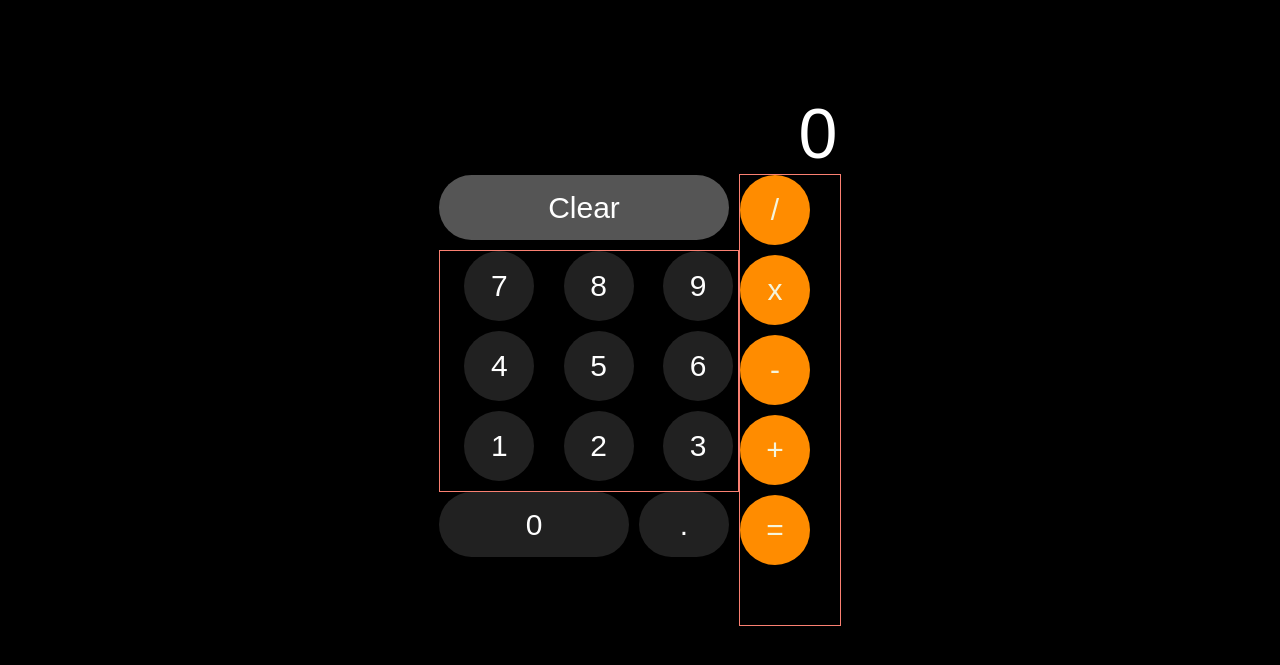
Repository: kocokoy/Calculator
Page: index.html
These files come from the project's save history. The page is drawn as it stood at one moment and after the next save; the edit follows.
The browser window is 1280 px wide. The pictures show the whole page.

Above is the page before, as saved 2024-10-23 09:28:53.

### index.html
<!DOCTYPE html>
<html lang="en">
<head>
  <meta charset="UTF-8">
  <meta name="viewport" content="width=device-width, initial-scale=1.0">
  <link rel="stylesheet" href="/style.css">
  <title>Document</title>
</head>
<body>
  <div class="container">
    <div class="output-number">
      <div class="number"></div>
    </div>
    <div class="calculator-container">
      <div class="number-and-clear-container">
        <div class="clear-button-container">
        </div>
        <div class="number-container">

        </div>
        <div class="zero-button-container">
        </div>
      </div>
      <div class="operator-container"></div>
    </div>
  </div>
  <script src="/script.js"></script>
</body>
</html>

### style.css
body{
  padding: 0;
  margin: 0;
  height: 100%;
  background-color: black;
  font-family: Arial, Helvetica, sans-serif;
}
button{
  border: none;
  border-radius: 100px;
  height: 65px;
  margin: 0;
  padding: 0;
  font-size: 30px;
  cursor: pointer;
}
.container{
  display: flex;
  align-items: center;
  justify-content: center;
  flex-direction: column;
  height: 100vh;
}
.calculator-container{
  display: flex;
  align-items: center;
  justify-content: center;
}
.number-and-clear-container{
  height: 450px;
  width: 300px;
  display: block;
}
.clear-button-container{
  display: grid;
  grid-template-columns: 1fr;
  margin-bottom: 10px;
}
.clear-button-container button{
  margin-right: 10px;
  background-color: rgb(85, 85, 85);
  color: rgb(255, 255, 255);
}
.number-container{
  display: grid;
  grid-template-columns: 1fr 1fr 1fr;
  direction: rtl;
  border: 1px solid salmon;
}
.number-container button{
  margin-bottom: 10px;
  margin-right: 5px;
  background-color: hsl(0, 0%, 13%);
  color: white;
  height: 70px;
  width: 70px;
  border-radius: 50%;
}
.zero-button-container{
  display: grid;
  grid-template-columns: 1fr 100px;
}
.zero-button-container button{
  margin-right: 10px;
  background-color: hsl(0, 0%, 13%);
  color: white;
}

.operator-container{
  height: 450px;
  width: 100px;
  display: flex;
  flex-direction: column;
  border: 1px solid salmon;
}
.operator-container button{
  font-size: 30px;
  margin-bottom: 10px;
  color: beige;
  background-color: hsl(33, 100%, 50%);
  height: 70px;
  width: 70px;
  border-radius: 50%;
}

.output-number{
  height: 70px;
  width: 395px;
  margin-bottom: 10px;
  display: flex;
  justify-content: end;
  font-size: 70px;
  color: white;
}

### script.js
const calculatorButton = ['Clear',1,2,3,4,5,6,7,8,9,0,'.'];
const operatorContent = ['/','x','-','+','='];
const numberContainer = document.querySelector('.number-container');
const clearButtonContainer = document.querySelector('.clear-button-container');
const zeroButtonContainer = document.querySelector('.zero-button-container');
const operatorContainer = document.querySelector('.operator-container');
const outputElement = document.querySelector('.number');

let num1 = '';
let num2 = '';
let operator = '';
let result = 0;
let equals ='';
let html = '';
displayButton();


function displayButton(){
  const descendedNumber = calculatorButton.sort((a,b) => b-a);
  outputElement.textContent = '0';
  for(const num of descendedNumber){
    const button = document.createElement('button');
    if(num === 'Clear'){
      button.classList.add('clear-button');
      button.textContent = num;
      clearButtonContainer.appendChild(button);
    }else if(num === 0 || num === '.'){
      button.classList.add('zero-button');
      button.textContent = num;
      zeroButtonContainer.appendChild(button);
    }else{
      button.classList.add('number-button');
      button.textContent = num;
      numberContainer.appendChild(button);
    }
  }

  operatorContent.forEach(operand => {
    const button = document.createElement('button');
    button.classList.add('operator-button');
    button.textContent = operand;
    operatorContainer.appendChild(button);
  });

  buttonsClicked();
}

function buttonsClicked(){
  const operatorButton = document.querySelectorAll('.operator-button');
  operatorButton.forEach((operButton,i) => {
    operButton.addEventListener('click', () => {
      if(operButton.textContent != '='){
        operator = operButton.textContent;
        // outputElements(operator);
      }else{
        if(num1 && num2 && operator){
          equals = operButton.textContent;
        }
        if(equals === '='){
          console.log(equals);
          console.log(`${num1}${operator}${num2}`)
          operate(num1,num2,operator);
        }
      }

    })
  })
}

const numberButton = document.querySelectorAll('.number-button');
numberButton.forEach((numButton,i) => {
  numButton.addEventListener('click', () => {
    console.log(numButton);
    if (operator === '') {
      num1 += numButton.textContent;
      outputElements(numButton.textContent);
      console.log('Num1:', num1);
    } else {
      num2 += numButton.textContent;
      outputElements(numButton.textContent);
      console.log('Num2:', num2);
    }
  })
})

const clearButton = document.querySelector('.clear-button');
clearButton.addEventListener('click',() => {
  clearContent();
  outputElement.textContent = '';
  numberContainer.appendChild(html);
  displayButton();
})

function clearContent(){
  num1 = result;
  num2 = '';
  operator = '';
  result = 0;
  equals ='';
  html = '';
  console.log(numberContainer);
}


function outputElements(a){
  if(num1 && num2 && operator && equals){
    outputElement.textContent = '';
    outputElement.textContent = a;
    clearContent();
  }else{
    if(operator === ''){
      html+=a;
      outputElement.textContent = html;
    }else{
      html = '';
      html+=a;
      outputElement.textContent = html;
    }
  }
}

function operate(num1,num2,operator){
  number1 = parseInt(num1,10);
  number2 = parseInt(num2,10);
  if(operator === '+'){
    addOperator(number1,number2);
  }else if(operator === '-'){
    minusOperator(number1,number2);
  }else if(operator === '*'){
    timesOperator(number1,number2);
  }else if(operator === '/'){
    divideOperator(number1,number2);
  }
}

const addOperator = (a,b) => {
  console.log(a,b);
  result = a + b;
  outputElements(result);
}

const minusOperator = (a,b) => {
  result = a-b;
  outputElements(result);
  return console.log(result);
}

const timesOperator = (a,b) => {
  result = a*b;
  outputElements(result);
}

const divideOperator = (a,b) => {
  sum = a/b;
  outputElements(result);
}

After the next save:
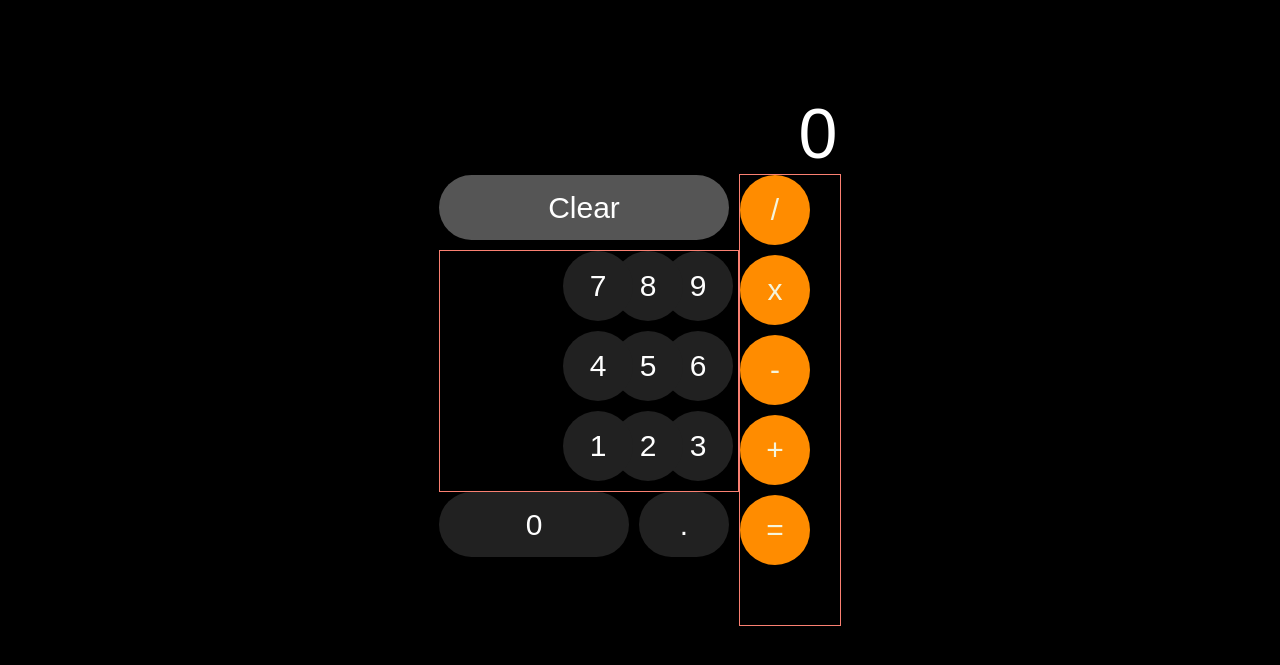
Saved 13 s later.
--- a/style.css
+++ b/style.css
@@ -43,7 +43,7 @@
 }
 .number-container{
   display: grid;
-  grid-template-columns: 1fr 1fr 1fr;
+  grid-template-columns: 50px 50px 50px;
   direction: rtl;
   border: 1px solid salmon;
 }

After the save that followed:
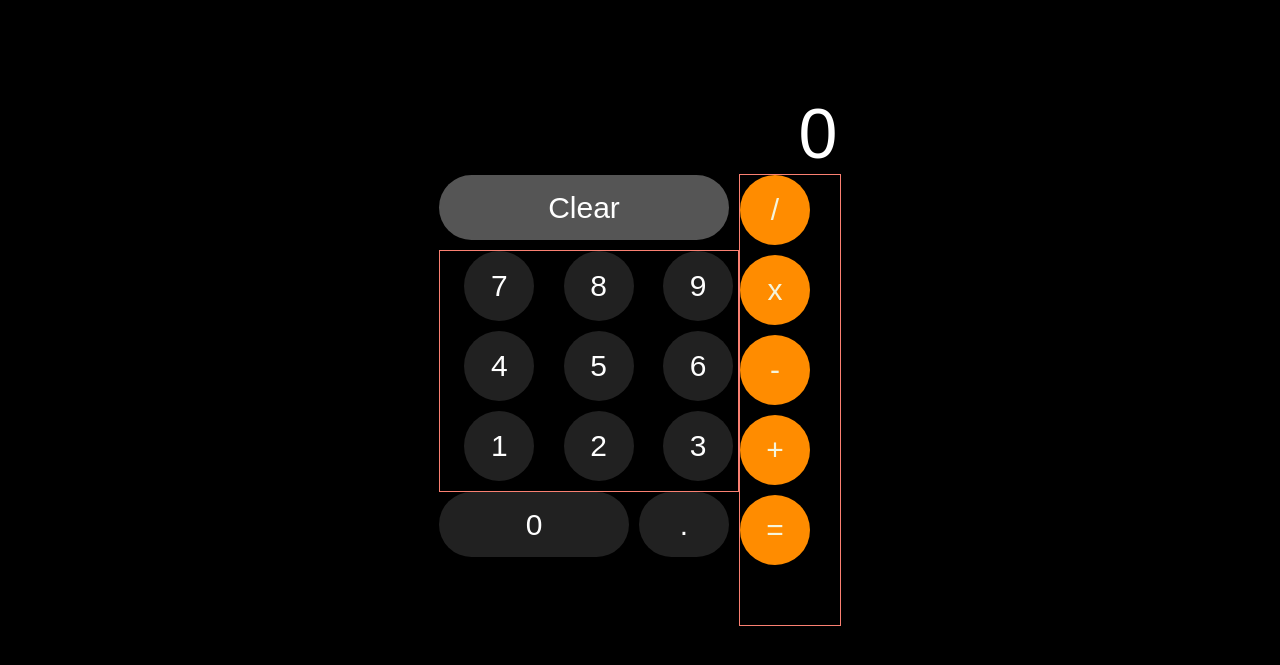
Saved 11 s later.
--- a/style.css
+++ b/style.css
@@ -43,7 +43,7 @@
 }
 .number-container{
   display: grid;
-  grid-template-columns: 50px 50px 50px;
+  grid-template-columns: 1fr 1fr 1fr;
   direction: rtl;
   border: 1px solid salmon;
 }
